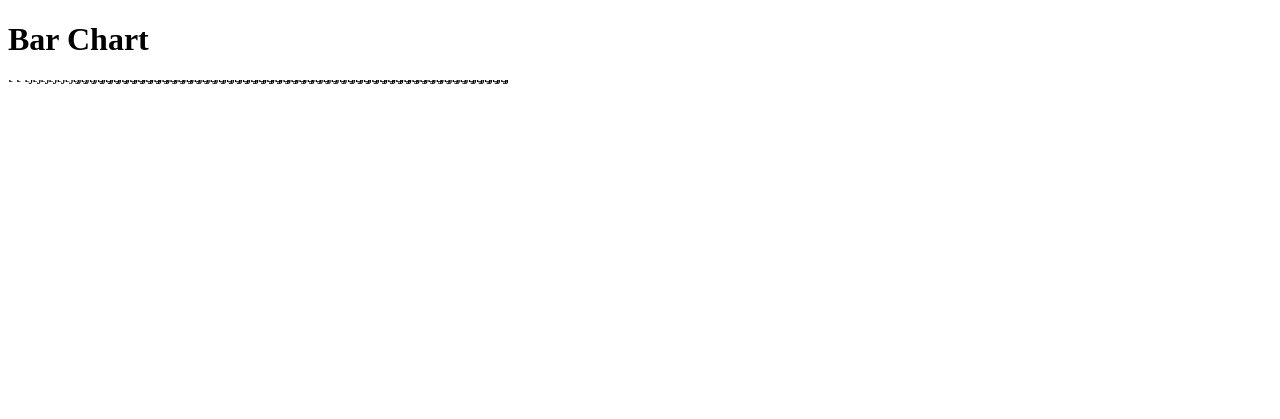
Repository: komalharjani/d3js-visualisation
Page: index.html
These files come from the project's save history. The page is drawn as it stood at one moment and after the next save; the edit follows.
The browser window is 1280 px wide. The pictures show the whole page.

Above is the page before, as saved 2020-04-29 15:19:23.

After the next save:
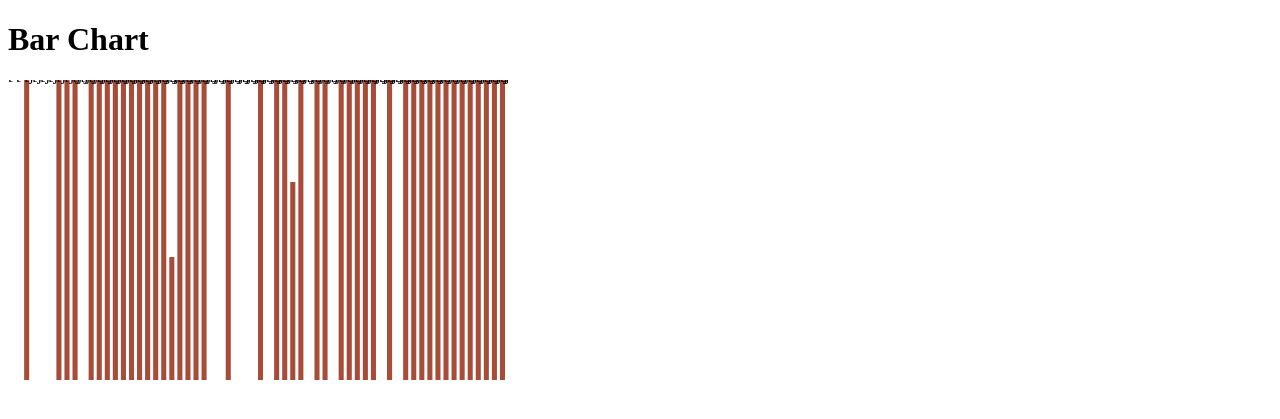
Saved 14 s later.
--- a/index.js
+++ b/index.js
@@ -34,10 +34,10 @@
                 .enter()
                 .append("rect")
                 .attr("y",function(d){
-                        return svgWidth - yScale(d.amount);
+                        return svgWidth - d.amount;
                 })
                 .attr("height", function(d){
-                        return yScale(d.amount);
+                        return d.amount;
                 })
                 .attr("width", barwidth - barPadding)
                 .attr("transform",function(d,i){
